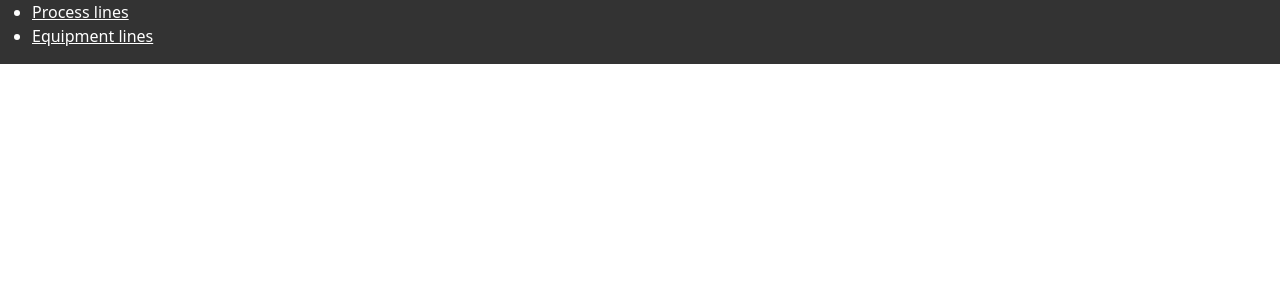
Repository: sreech465/evin3
Page: /pdetails
An editor plug-in stored every save of this project. The page is shown before and after the next save, followed by the edit.
The browser window is 1280 px wide. The pictures show the whole page.
The page's requests for data from a server got no answer. The project was rebuilt for these pictures with package versions that can differ from the ones it lists, and the page was loaded fresh each time. No one was signed in, and anything a server would have sent is missing. Also part of the build but not shown: src/Login.js, src/Display.js, src/Details.js, src/Equipment.js, src/Learning.js, src/ProcessDetails.js, src/EquipDetails.js.

Above is the page before, as saved 2022-10-29 03:09:05.

After the next save:
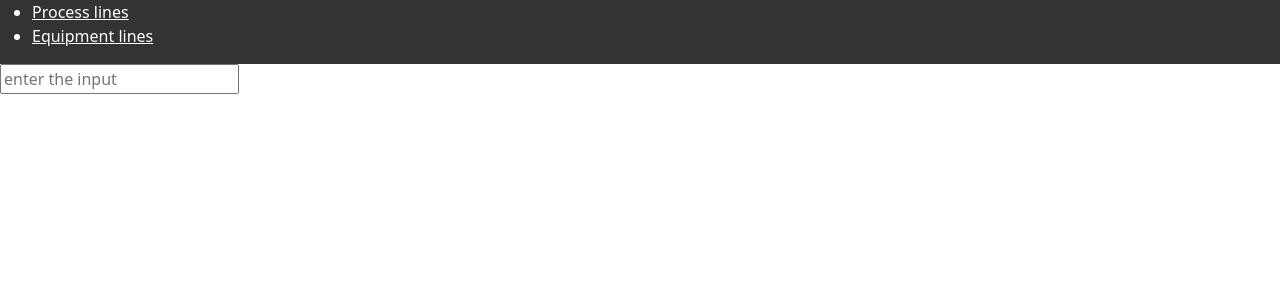
Saved 26 s later.
--- a/src/Process.js
+++ b/src/Process.js
@@ -6,6 +6,7 @@ import { Routes, Route } from "react-router-dom";
 import { BrowserRouter } from "react-router-dom";
 import Equipment from "./Equipment";
 import { Link } from "react-router-dom";
+import CustomSearchBar from "./CustomSearchBar";
 
 const Process = () => {
   const dispatch = useDispatch();
@@ -30,6 +31,8 @@ const Process = () => {
           <Route path="/equipment" element={<Equipment />} />
         </Routes>
       </div> */}
+
+      <CustomSearchBar />
 
       <>
         {ProcessData &&
